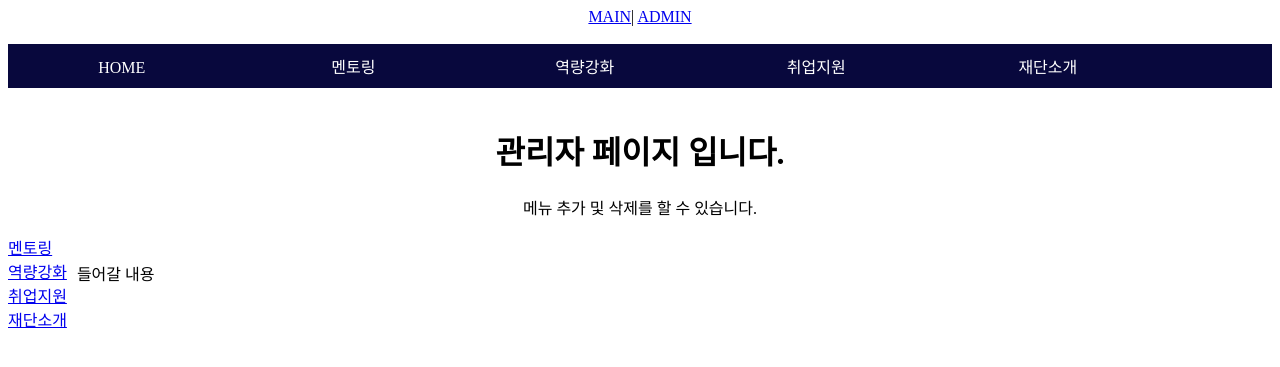
Repository: nywogud/promoPoli
Page: http://localhost/poli/WEB-INF/views/admin.jsp
An editor plug-in stored every save of this project. The page is shown before and after the next save, followed by the edit.
The browser window is 1280 px wide. The pictures show the whole page.
The page is served by Tomcat 9. Nobody is signed in. The template is opened directly, without the code that normally fills it, so the values that code supplies are empty.

Above is the page before, as saved 2021-07-01 08:52:08.

After the next save:
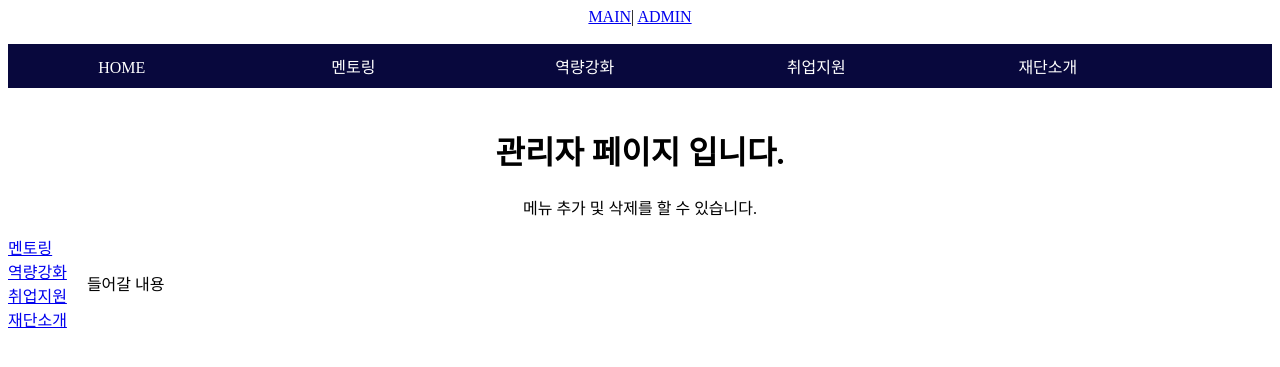
Saved 81 s later.
--- a/workspace/poli/src/main/webapp/WEB-INF/views/admin.jsp
+++ b/workspace/poli/src/main/webapp/WEB-INF/views/admin.jsp
@@ -216,7 +216,7 @@ ul.main>li ul.sub>li {
 					<li style="text-decoration: none;"><a href="javascript:;" onclick="adIntro();">재단소개</a></li>
 				</ul>
 			</span>
-			<span style="float: left; padding:10px;" id="convertAdPage">
+			<span style="float: left; padding:20px;" id="convertAdPage">
 				<p>들어갈 내용</p>
 			</span>
 		</div>
